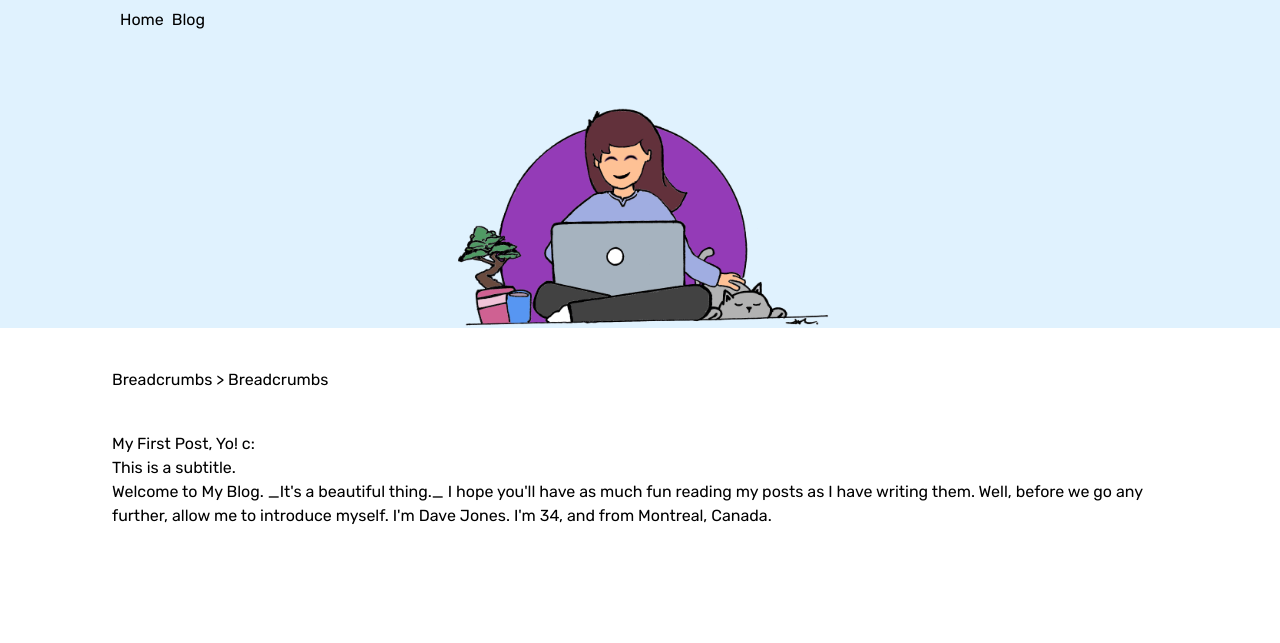
Repository: Risclover/markdown-blog
Page: /posts/1
An editor plug-in stored every save of this project. The page is shown before and after a run of saves, followed by the edit.
The browser window is 1280 px wide. The pictures show the whole page.
The project was rebuilt for these pictures with package versions that can differ from the ones it lists, and the page was loaded fresh each time. Also part of the build but not shown: src/components/BlogPost.js, src/pages/Home/Categories.js, src/pages/Home/Home.js, src/ErrorBoundary.js.

Above is the page before, as saved 2023-06-30 00:24:02.

### src/index.js
import React from "react";
import ReactDOM from "react-dom/client";
import { createBrowserRouter, RouterProvider } from "react-router-dom";
import "./fonts/wotfard-cufonfonts-webfont/style.css";
import postList from "./posts.json";

import "./index.css";
import App from "./App";
import ErrorPage from "./ErrorBoundary";
import PostPage from "./pages/PostPage/PostPage";
import Home from "./pages/Home/Home";
import ErrorBoundary from "./ErrorBoundary";

const router = createBrowserRouter([
  {
    path: "/",
    element: <App />,
    children: [
      {
        path: "/",
        element: <Home />,
        errorElement: <ErrorPage />,
      },
      {
        path: "/posts/:id",
        element: <PostPage postList={postList} />,
        errorElement: <ErrorBoundary />,
      },
    ],
  },
]);

const root = ReactDOM.createRoot(document.getElementById("root"));
root.render(
  <React.StrictMode>
    <RouterProvider router={router} />
  </React.StrictMode>
);

### src/fonts/wotfard-cufonfonts-webfont/style.css
/* #### Generated By: http://www.cufonfonts.com #### */

    @font-face {
    font-family: 'Wotfard Regular';
    font-style: normal;
    font-weight: normal;
    src: local('Wotfard Regular'), url('Wotfard-Regular.woff') format('woff');
    }

### src/posts.json
[{"id":4,"title":"My Third Post, Yo!?","subtitle":"No subtitle given","description":"No description given","author":"Dave Jones","date":"December 13, 2019","timestamp":1576224000,"content":"\nWelcome to My Blog. _It's a beautiful thing._ I hope you'll have as much fun reading my posts as I have writing them. Well, before we go any further, allow me to introduce myself. I'm Dave Jones. I'm 34, and from Montreal, Canada.\n"},{"id":3,"title":"My Second Post, Yo!","subtitle":"No subtitle given","description":"No description given","author":"Dave Jones","date":"December 11, 2019","timestamp":1576051200,"content":"\nWelcome to My Blog. _It's a beautiful thing._ I hope you'll have as much fun reading my posts as I have writing them. Well, before we go any further, allow me to introduce myself. I'm Dave Jones. I'm 34, and from Montreal, Canada.\n"},{"id":2,"title":"My Fourth Post, Yo!.,..","subtitle":"No subtitle given","description":"No description given","author":"Dave Jones","date":"December 16, 2019","timestamp":1576483200,"content":"\nWelcome to My Blog. _It's a beautiful thing._ I hope you'll have as much fun reading my posts as I have writing them. Well, before we go any further, allow me to introduce myself. I'm Dave Jones. I'm 34, and from Montreal, Canada.\n"},{"id":1,"title":"My First Post, Yo!","subtitle":"This is a subtitle.","description":"Happy Pride month! In this tutorial, I'll share a handful of my favourite animation tricks. You'll learn how to build an animated wavy pride flag using CSS keyframes and linear gradients. We'll also see how to make it dynamic using React. 🏳️‍🌈","author":"Dave Jones","date":"December 11, 2019","timestamp":1576051200,"content":"\nWelcome to My Blog. _It's a beautiful thing._ I hope you'll have as much fun reading my posts as I have writing them. Well, before we go any further, allow me to introduce myself. I'm Dave Jones. I'm 34, and from Montreal, Canada.\n"}]

### src/index.css
/* Importing the Rubik font from Google Fonts */

@import url("https://fonts.googleapis.com/css2?family=Rubik:ital,wght@0,300;0,400;0,500;0,600;0,700;0,800;0,900;1,300;1,400;1,500;1,600;1,700;1,800;1,900&display=swap");

### src/App.js
import "./App.css";
import { Outlet, Route, Routes } from "react-router-dom";
import Home from "./pages/Home/Home";
import NavBar from "./components/NavBar";
import Header from "./components/Header";
import HomeHeader from "./components/HomeHeader";
import postList from "./posts.json";

function App() {
  return (
    <div className="bg-white-100 min-h-screen">
      <Header>
        <NavBar />
        <HomeHeader />
      </Header>
      <div className="m-auto">
        <Outlet />
      </div>
    </div>
  );
}

export default App;

### src/pages/PostPage/PostPage.js
import React from "react";
import { useParams } from "react-router-dom";

export default function PostPage({ postList }) {
  const { id } = useParams();

  console.log("id:", id);

  const post = postList.find((post) => post.id === +id);

  console.log(post?.title);

  if (!post) return null;
  return (
    <div className="mx-auto max-w-6xl w-full px-12">
      <div className="py-10">Breadcrumbs &gt; Breadcrumbs</div>
      <div>{post?.title} c:</div>
      <div>{post?.subtitle}</div>
      <div>{post?.content}</div>
    </div>
  );
}

### src/components/NavBar.js
import React from "react";
import { Link } from "react-router-dom";

export default function NavBar() {
  return (
    <div className="py-2">
      <ul className="flex">
        <li className="mx-2">
          <Link to={"/"}>Home</Link>
        </li>
        <li>Blog</li>
      </ul>
    </div>
  );
}

### src/components/Header.js
import React from "react";

export default function Header({ children }) {
  return (
    <header className="w-full bg-sky-100 flex flex-col">
      <div className="max-w-6xl px-12 w-full mx-auto">{children}</div>
    </header>
  );
}

### src/components/HomeHeader.js
import React from "react";
import Avatar from "../images/avatar.png";
export default function HomeHeader() {
  return (
    <div className="h-72 flex flex-col justify-end">
      <div>
        <img className="w-96 m-auto" src={Avatar} />
      </div>
    </div>
  );
}

### tailwind.config.js
/** @type {import('tailwindcss').Config} */
module.exports = {
  content: [
    "./app/**/*.{js,ts,jsx,tsx,mdx}",
    "./pages/**/*.{js,ts,jsx,tsx,mdx}",
    "./components/**/*.{js,ts,jsx,tsx,mdx}",

    // Or if using `src` directory:
    "./src/**/*.{js,ts,jsx,tsx,mdx}",
  ],
  theme: {
    fontFamily: {
      sans: ["Rubik", "sans-serif"],
    },
    extend: {},
  },
  plugins: [],
};

Loaded but not shown: public/index.html (common file); src/App.css (common file)

After the next 4 saves:
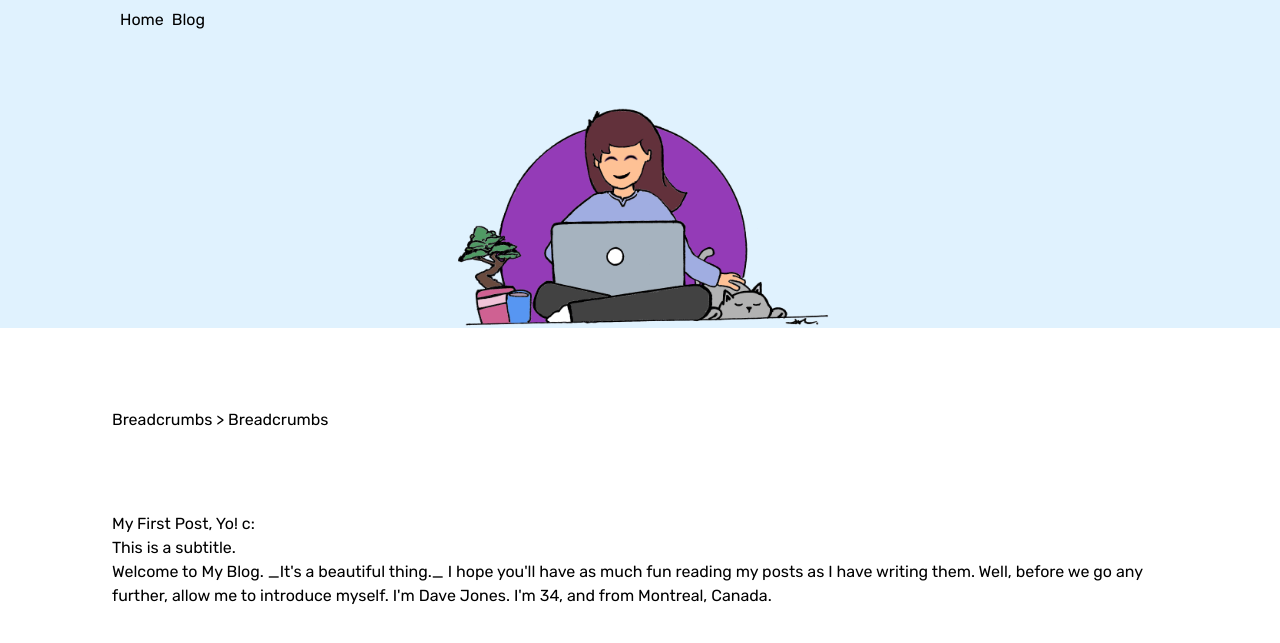
The 4 saves are shown as one change because they came seconds apart.
The last was saved 11 s later.
--- a/src/pages/PostPage/PostPage.js
+++ b/src/pages/PostPage/PostPage.js
@@ -13,7 +13,7 @@ export default function PostPage({ postList }) {
   if (!post) return null;
   return (
     <div className="mx-auto max-w-6xl w-full px-12">
-      <div className="py-10">Breadcrumbs &gt; Breadcrumbs</div>
+      <div className="py-20">Breadcrumbs &gt; Breadcrumbs</div>
       <div>{post?.title} c:</div>
       <div>{post?.subtitle}</div>
       <div>{post?.content}</div>
